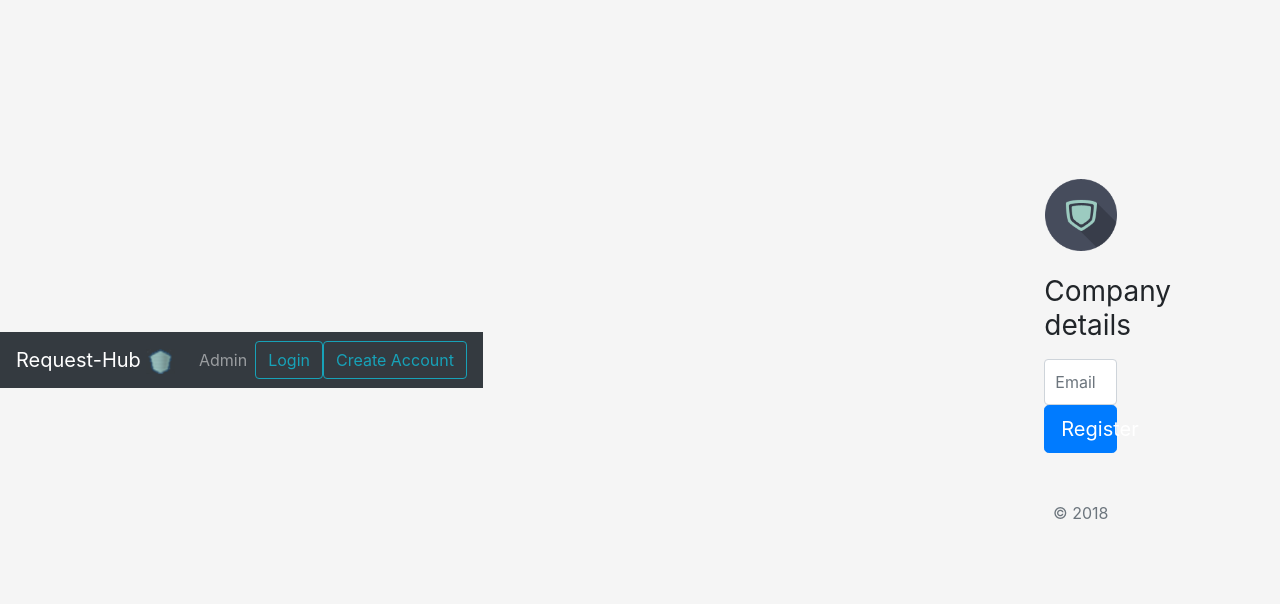
Repository: DonWhelan/Request-Hub
Page: http://localhost/newCompanyForm.php
The author's editor kept a record of every edit. The page is drawn from the files as they stood at one moment, then again after the next edit.
The browser window is 1280 px wide. The pictures show the whole page.
The page is run by PHP 8.4 with error messages shown; the project is at /var/www/html/.

Above is the page before.

After the next edit:
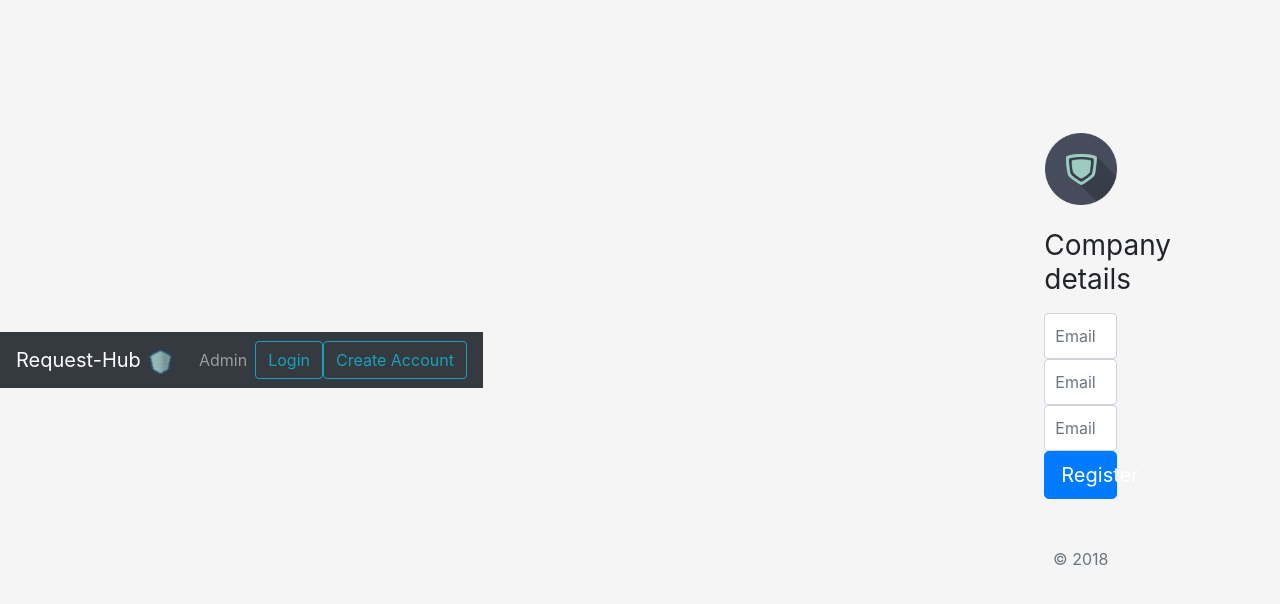
The edit:
--- a/newCompanyForm.php
+++ b/newCompanyForm.php
@@ -37,6 +37,8 @@
                         <img class="mb-4" src="assets/img/icons/services-1.png" alt="" width="72" height="72">
                         <h1 class="h3 mb-3 font-weight-normal">Company details</h1>
                         <input type="text" class="form-control" name="email" placeholder="Email" required="" />
+                        <input type="text" class="form-control" name="email" placeholder="Email" required="" />
+                        <input type="text" class="form-control" name="email" placeholder="Email" required="" />
                         <button class="btn btn-lg btn-primary btn-block" type="submit" value="Login">Register</button>
                         <p class="mt-5 mb-3 text-muted">&copy; 2018</p>
                     </form>
